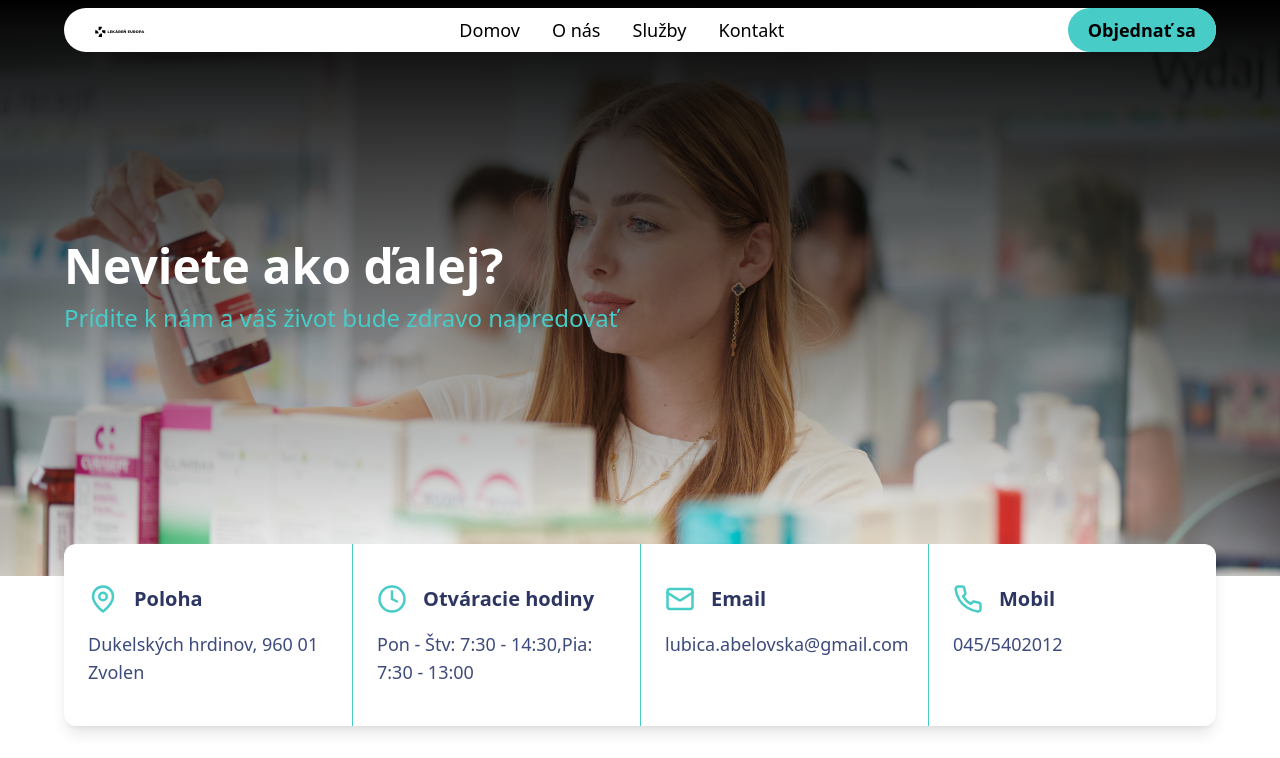
Repository: SimonSkoda13/Lekaren
Page: /
The author's editor kept a copy of each file at every save. The page is drawn from the files as they stood at one save, then again after the next save.
The browser window is 1280 px wide. The pictures show the whole page.
The project was rebuilt for these pictures with package versions that can differ from the ones it lists, and the page was loaded fresh each time. The framework's server and built-in components were replaced by stand-ins that run in the browser. Also part of the build but not shown: next.config.js.

Above is the page before, as saved 2023-04-22 19:28:54.

After the next save:
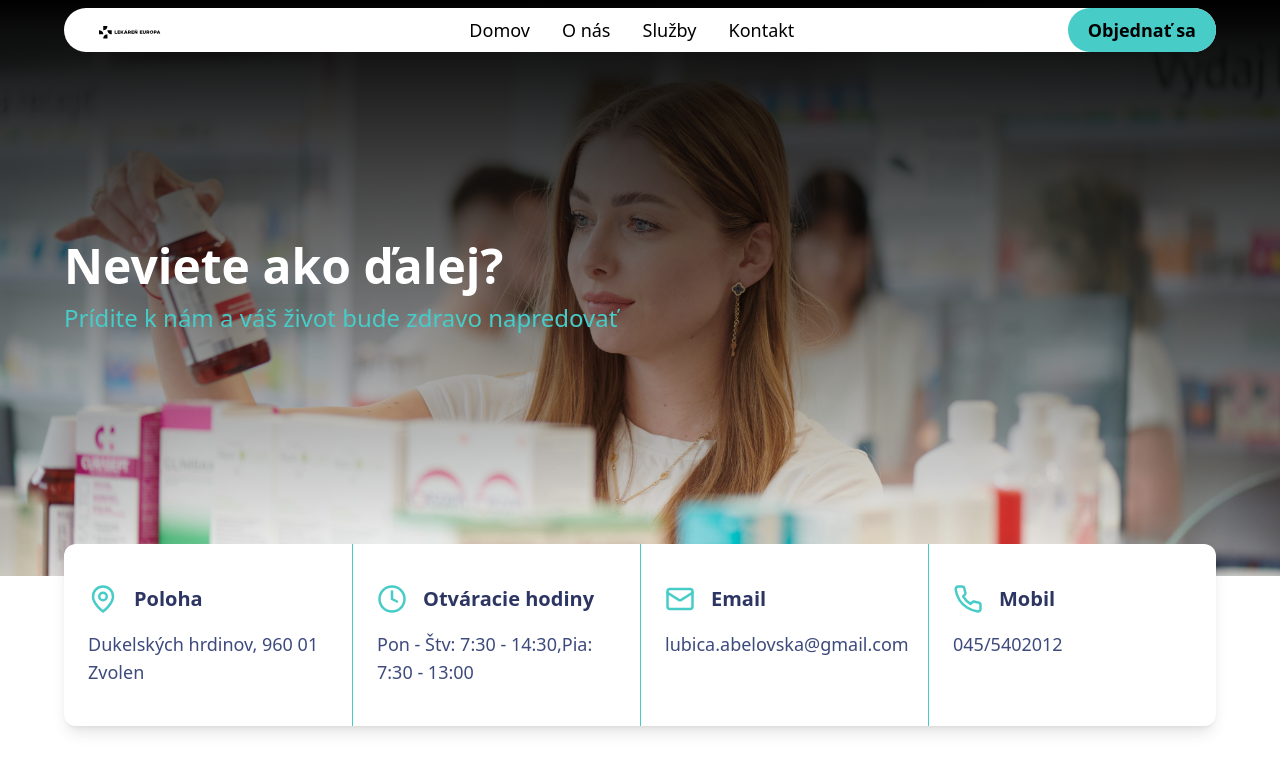
Saved 23 s later.
--- a/src/app/components/Header/Header.tsx
+++ b/src/app/components/Header/Header.tsx
@@ -11,7 +11,7 @@ export const Header = (props: HeaderProps) => {
         {/* logo */}
         <div className="flex justify-center items-center px-4">
           <Link href="/">
-            <img src="/headerLogo.svg" alt="logo" className="w-20 h-17" />
+            <img src="/headerLogo.svg" alt="logo" width="100px" />
           </Link>
         </div>
         {/* nav */}
